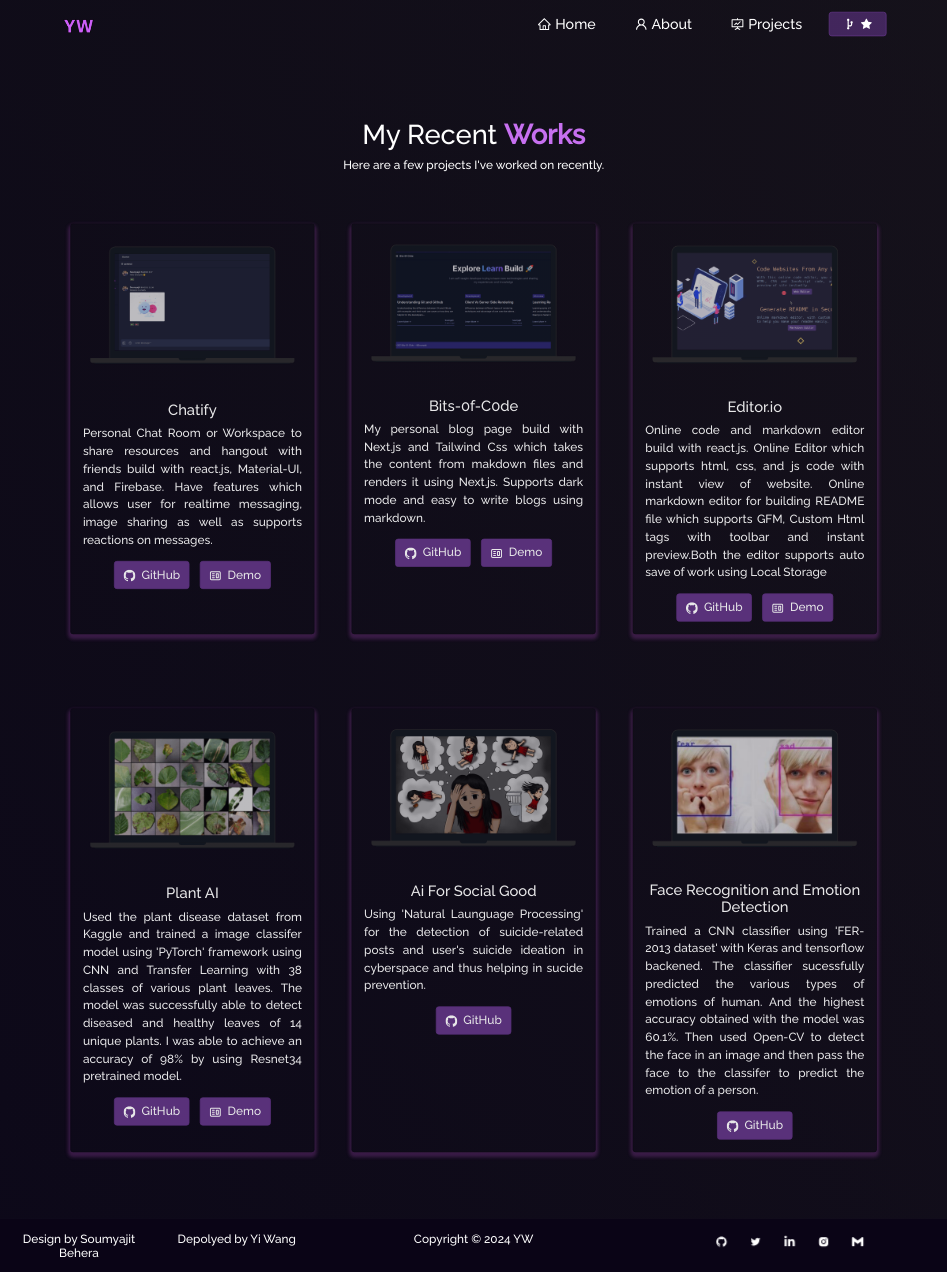
Repository: YiWang24/Portfolio
Page: /project
These files come from the project's save history. The page is drawn as it stood at one moment and after the next save; the edit follows.
The browser window is 1280 px wide. The pictures show the whole page, at 74% of full size.
The project was rebuilt for these pictures with package versions that can differ from the ones it lists, and the page was loaded fresh each time. Also part of the build but not shown: src/components/Home/Home2.js, src/components/Home/Type.js, src/components/Home/Home.js, src/components/About/Github.js, src/components/About/Techstack.js, src/components/About/AboutCard.js, src/components/About/Toolstack.js, src/components/About/About.js and 1 more. Imported but missing from the stored project, and not drawn on this page: src/Assets/Soumyajit_Behera-BIT_MESRA.pdf.

Above is the page before, as saved 2024-08-21 21:21:44.

### public/index.html
<!DOCTYPE html>
<html lang="en">

<head>
  <meta charset="utf-8" />
  <link rel="icon" href="%PUBLIC_URL%/favicon.png" />
  <meta name="viewport" content="width=device-width, initial-scale=1" />
  <meta name="theme-color" content="#000000" />
  <meta name="description" content="Web site created using create-react-app" />
  <link rel="manifest" href="%PUBLIC_URL%/manifest.json" />
  <title>Yi Wang | Portfolio</title>
  <meta name="description" content="Self Developed personal website build with React.js">

  <!-- Google / Search Engine Tags -->
  <meta itemprop="name" content="Yi Wang | Portfolio">
  <meta itemprop="description" content="Self Developed personal website build with React.js">
  <meta itemprop="image"
    content="https://raw.githubusercontent.com/soumyajit4419/Portfolio/master/Images/readme-img.png?token=AK7VCIF5RYEUZZAURELPTAC76U6AK">

  <!-- Facebook Meta Tags -->
  <meta property="og:url" content="https://soumyajit.vercel.app">
  <meta property="og:type" content="website">
  <meta property="og:title" content="Yi Wang | Portfolio">
  <meta property="og:description" content="Self Developed personal website build with React.js">
  <meta property="og:image"
    content="https://raw.githubusercontent.com/soumyajit4419/Portfolio/master/Images/readme-img.png?token=AK7VCIF5RYEUZZAURELPTAC76U6AK">

  <!-- Twitter Meta Tags -->
  <meta name="twitter:card" content="summary_large_image">
  <meta name="twitter:title" content="Yi Wang | Portfolio">
  <meta name="twitter:description" content="Self Developed personal website build with React.js">
  <meta name="twitter:image"
    content="https://raw.githubusercontent.com/soumyajit4419/Portfolio/master/Images/readme-img.png?token=AK7VCIF5RYEUZZAURELPTAC76U6AK">
</head>

<body>
  <noscript>You need to enable JavaScript to run this app.</noscript>
  <div id="root"></div>
</body>

</html>

### src/components/Navbar.js
import React, { useState } from "react";
import Navbar from "react-bootstrap/Navbar";
import Nav from "react-bootstrap/Nav";
import Container from "react-bootstrap/Container";
import logo from "../Assets/logo.png";
import Button from "react-bootstrap/Button";
import { Link } from "react-router-dom";
import { CgGitFork } from "react-icons/cg";
import { ImBlog } from "react-icons/im";
import {
  AiFillStar,
  AiOutlineHome,
  AiOutlineFundProjectionScreen,
  AiOutlineUser,
} from "react-icons/ai";

import { CgFileDocument } from "react-icons/cg";

function NavBar() {
  const [expand, updateExpanded] = useState(false);
  const [navColour, updateNavbar] = useState(false);

  function scrollHandler() {
    if (window.scrollY >= 20) {
      updateNavbar(true);
    } else {
      updateNavbar(false);
    }
  }

  window.addEventListener("scroll", scrollHandler);

  return (
    <Navbar
      expanded={expand}
      fixed="top"
      expand="md"
      className={navColour ? "sticky" : "navbar"}
    >
      <Container>
        <Navbar.Brand href="/" className="d-flex">
          <img src={logo} className="img-fluid logo" alt="brand" />
        </Navbar.Brand>
        <Navbar.Toggle
          aria-controls="responsive-navbar-nav"
          onClick={() => {
            updateExpanded(expand ? false : "expanded");
          }}
        >
          <span></span>
          <span></span>
          <span></span>
        </Navbar.Toggle>
        <Navbar.Collapse id="responsive-navbar-nav">
          <Nav className="ms-auto" defaultActiveKey="#home">
            <Nav.Item>
              <Nav.Link as={Link} to="/" onClick={() => updateExpanded(false)}>
                <AiOutlineHome style={{ marginBottom: "2px" }} /> Home
              </Nav.Link>
            </Nav.Item>

            <Nav.Item>
              <Nav.Link
                as={Link}
                to="/about"
                onClick={() => updateExpanded(false)}
              >
                <AiOutlineUser style={{ marginBottom: "2px" }} /> About
              </Nav.Link>
            </Nav.Item>

            <Nav.Item>
              <Nav.Link
                as={Link}
                to="/project"
                onClick={() => updateExpanded(false)}
              >
                <AiOutlineFundProjectionScreen
                  style={{ marginBottom: "2px" }}
                />{" "}
                Projects
              </Nav.Link>
            </Nav.Item>

            {/* <Nav.Item>
              <Nav.Link
                as={Link}
                to="/resume"
                onClick={() => updateExpanded(false)}
              >
                <CgFileDocument style={{ marginBottom: "2px" }} /> Resume
              </Nav.Link>
            </Nav.Item>

            <Nav.Item>
              <Nav.Link
                href="https://soumyajitblogs.vercel.app/"
                target="_blank"
                rel="noreferrer"
              >
                <ImBlog style={{ marginBottom: "2px" }} /> Blogs
              </Nav.Link>
            </Nav.Item> */}

            <Nav.Item className="fork-btn">
              <Button
                href="https://github.com/YiWang24/Portfolio"
                target="_blank"
                className="fork-btn-inner"
              >
                <CgGitFork style={{ fontSize: "1.2em" }} />{" "}
                <AiFillStar style={{ fontSize: "1.1em" }} />
              </Button>
            </Nav.Item>
          </Nav>
        </Navbar.Collapse>
      </Container>
    </Navbar>
  );
}

export default NavBar;

### src/components/Projects/Projects.js
import React from "react";
import { Container, Row, Col } from "react-bootstrap";
import ProjectCard from "./ProjectCards";
import Particle from "../Particle";
import leaf from "../../Assets/Projects/leaf.png";
import emotion from "../../Assets/Projects/emotion.png";
import editor from "../../Assets/Projects/codeEditor.png";
import chatify from "../../Assets/Projects/chatify.png";
import suicide from "../../Assets/Projects/suicide.png";
import bitsOfCode from "../../Assets/Projects/blog.png";

function Projects() {
  return (
    <Container fluid className="project-section">
      <Particle />
      <Container>
        <h1 className="project-heading">
          My Recent <strong className="purple">Works </strong>
        </h1>
        <p style={{ color: "white" }}>
          Here are a few projects I've worked on recently.
        </p>
        <Row style={{ justifyContent: "center", paddingBottom: "10px" }}>
          <Col md={4} className="project-card">
            <ProjectCard
              imgPath={chatify}
              isBlog={false}
              title="Chatify"
              description="Personal Chat Room or Workspace to share resources and hangout with friends build with react.js, Material-UI, and Firebase. Have features which allows user for realtime messaging, image sharing as well as supports reactions on messages."
              ghLink="https://github.com/soumyajit4419/Chatify"
              demoLink="https://chatify-49.web.app/"
            />
          </Col>

          <Col md={4} className="project-card">
            <ProjectCard
              imgPath={bitsOfCode}
              isBlog={false}
              title="Bits-0f-C0de"
              description="My personal blog page build with Next.js and Tailwind Css which takes the content from makdown files and renders it using Next.js. Supports dark mode and easy to write blogs using markdown."
              ghLink="https://github.com/soumyajit4419/Bits-0f-C0de"
              demoLink="https://blogs.soumya-jit.tech/"
            />
          </Col>

          <Col md={4} className="project-card">
            <ProjectCard
              imgPath={editor}
              isBlog={false}
              title="Editor.io"
              description="Online code and markdown editor build with react.js. Online Editor which supports html, css, and js code with instant view of website. Online markdown editor for building README file which supports GFM, Custom Html tags with toolbar and instant preview.Both the editor supports auto save of work using Local Storage"
              ghLink="https://github.com/soumyajit4419/Editor.io"
              demoLink="https://editor.soumya-jit.tech/"
            />
          </Col>

          <Col md={4} className="project-card">
            <ProjectCard
              imgPath={leaf}
              isBlog={false}
              title="Plant AI"
              description="Used the plant disease dataset from Kaggle and trained a image classifer model using 'PyTorch' framework using CNN and Transfer Learning with 38 classes of various plant leaves. The model was successfully able to detect diseased and healthy leaves of 14 unique plants. I was able to achieve an accuracy of 98% by using Resnet34 pretrained model."
              ghLink="https://github.com/soumyajit4419/Plant_AI"
              demoLink="https://plant49-ai.herokuapp.com/"
            />
          </Col>

          <Col md={4} className="project-card">
            <ProjectCard
              imgPath={suicide}
              isBlog={false}
              title="Ai For Social Good"
              description="Using 'Natural Launguage Processing' for the detection of suicide-related posts and user's suicide ideation in cyberspace  and thus helping in sucide prevention."
              ghLink="https://github.com/soumyajit4419/AI_For_Social_Good"
              // demoLink="https://www.youtube.com/watch?v=dQw4w9WgXcQ&ab_channel=RickAstley" <--------Please include a demo link here
            />
          </Col>

          <Col md={4} className="project-card">
            <ProjectCard
              imgPath={emotion}
              isBlog={false}
              title="Face Recognition and Emotion Detection"
              description="Trained a CNN classifier using 'FER-2013 dataset' with Keras and tensorflow backened. The classifier sucessfully predicted the various types of emotions of human. And the highest accuracy obtained with the model was 60.1%.
              Then used Open-CV to detect the face in an image and then pass the face to the classifer to predict the emotion of a person."
              ghLink="https://github.com/soumyajit4419/Face_And_Emotion_Detection"
              // demoLink="https://blogs.soumya-jit.tech/"      <--------Please include a demo link here
            />
          </Col>
        </Row>
      </Container>
    </Container>
  );
}

export default Projects;

### src/components/Footer.js
import React from "react";
import { Container, Row, Col } from "react-bootstrap";
import {
  AiFillGithub,
  AiOutlineTwitter,
  AiFillInstagram,
} from "react-icons/ai";
import { FaLinkedinIn } from "react-icons/fa";
import { SiGmail } from "react-icons/si";

function Footer() {
  let date = new Date();
  let year = date.getFullYear();
  return (
    <Container fluid className="footer">
      <Row>
        <Col md="2" className="footer-copywright">
          <h3>Design by Soumyajit Behera</h3>
        </Col>
        <Col md="2" className="footer-copywright">
          <h3>Depolyed by Yi Wang</h3>
        </Col>
        <Col md="4" className="footer-copywright">
          <h3>Copyright © {year} YW</h3>
        </Col>
        <Col md="4" className="footer-body">
          <ul className="footer-icons">
            <li className="social-icons">
              <a
                href="https://github.com/YiWang24"
                style={{ color: "white" }}
                target="_blank"
                rel="noopener noreferrer"
                aria-label="GitHub"
              >
                <AiFillGithub />
              </a>
            </li>
            <li className="social-icons">
              <a
                href="https://x.com/wang_yi13857"
                style={{ color: "white" }}
                target="_blank"
                rel="noopener noreferrer"
              >
                <AiOutlineTwitter />
              </a>
            </li>
            <li className="social-icons">
              <a
                href="https://www.linkedin.com/in/yi-wang-51892731a/"
                style={{ color: "white" }}
                target="_blank"
                rel="noopener noreferrer"
              >
                <FaLinkedinIn />
              </a>
            </li>
            <li className="social-icons">
              <a
                href="https://www.instagram.com/yiwang2026/"
                style={{ color: "white" }}
                target="_blank"
                rel="noopener noreferrer"
              >
                <AiFillInstagram />
              </a>
            </li>
            <li className="social-icons">
              <a
                href="mailto:yiwang2457@gmail.com"
                style={{ color: "white" }}
                target="_blank"
                rel="noopener noreferrer"
              >
                <SiGmail />
              </a>
            </li>
          </ul>
        </Col>
      </Row>
    </Container>
  );
}

export default Footer;

### src/components/Particle.js
import React from "react";
import Particles from "react-tsparticles";

function Particle() {
  return (
    <Particles
      id="tsparticles"
      params={{
        particles: {
          number: {
            value: 160,
            density: {
              enable: true,
              value_area: 1500,
            },
          },
          line_linked: {
            enable: false,
            opacity: 0.03,
          },
          move: {
            direction: "right",
            speed: 0.05,
          },
          size: {
            value: 1,
          },
          opacity: {
            anim: {
              enable: true,
              speed: 1,
              opacity_min: 0.05,
            },
          },
        },
        interactivity: {
          events: {
            onclick: {
              enable: true,
              mode: "push",
            },
          },
          modes: {
            push: {
              particles_nb: 1,
            },
          },
        },
        retina_detect: true,
      }}
    />
  );
}

export default Particle;

### src/components/Projects/ProjectCards.js
import React from "react";
import Card from "react-bootstrap/Card";
import Button from "react-bootstrap/Button";
import { CgWebsite } from "react-icons/cg";
import { BsGithub } from "react-icons/bs";

function ProjectCards(props) {
  return (
    <Card className="project-card-view">
      <Card.Img variant="top" src={props.imgPath} alt="card-img" />
      <Card.Body>
        <Card.Title>{props.title}</Card.Title>
        <Card.Text style={{ textAlign: "justify" }}>
          {props.description}
        </Card.Text>
        <Button variant="primary" href={props.ghLink} target="_blank">
          <BsGithub /> &nbsp;
          {props.isBlog ? "Blog" : "GitHub"}
        </Button>
        {"\n"}
        {"\n"}

        {/* If the component contains Demo link and if it's not a Blog then, it will render the below component  */}

        {!props.isBlog && props.demoLink && (
          <Button
            variant="primary"
            href={props.demoLink}
            target="_blank"
            style={{ marginLeft: "10px" }}
          >
            <CgWebsite /> &nbsp;
            {"Demo"}
          </Button>
        )}
      </Card.Body>
    </Card>
  );
}
export default ProjectCards;

Loaded but not shown: src/index.js (common file); src/index.css (common file); src/App.js (common file); src/reportWebVitals.js (common file); src/components/Pre.js (common file); src/components/ScrollToTop.js (common file); src/style.css (common file); src/App.css (common file)

After the next save:
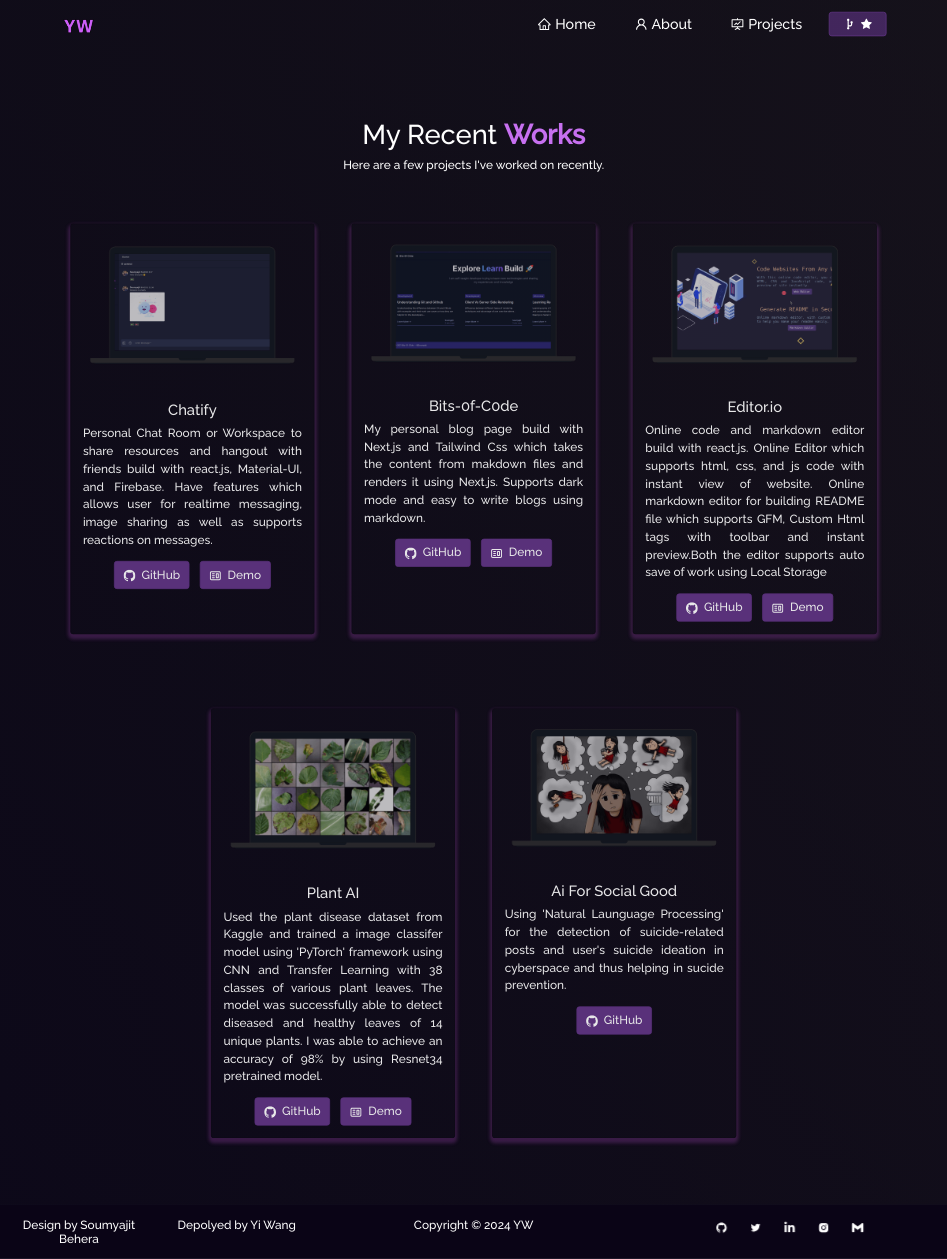
Saved 3 min 45 s later.
--- a/src/components/Projects/Projects.js
+++ b/src/components/Projects/Projects.js
@@ -76,17 +76,7 @@ function Projects() {
             />
           </Col>
 
-          <Col md={4} className="project-card">
-            <ProjectCard
-              imgPath={emotion}
-              isBlog={false}
-              title="Face Recognition and Emotion Detection"
-              description="Trained a CNN classifier using 'FER-2013 dataset' with Keras and tensorflow backened. The classifier sucessfully predicted the various types of emotions of human. And the highest accuracy obtained with the model was 60.1%.
-              Then used Open-CV to detect the face in an image and then pass the face to the classifer to predict the emotion of a person."
-              ghLink="https://github.com/soumyajit4419/Face_And_Emotion_Detection"
-              // demoLink="https://blogs.soumya-jit.tech/"      <--------Please include a demo link here
-            />
-          </Col>
+
         </Row>
       </Container>
     </Container>
